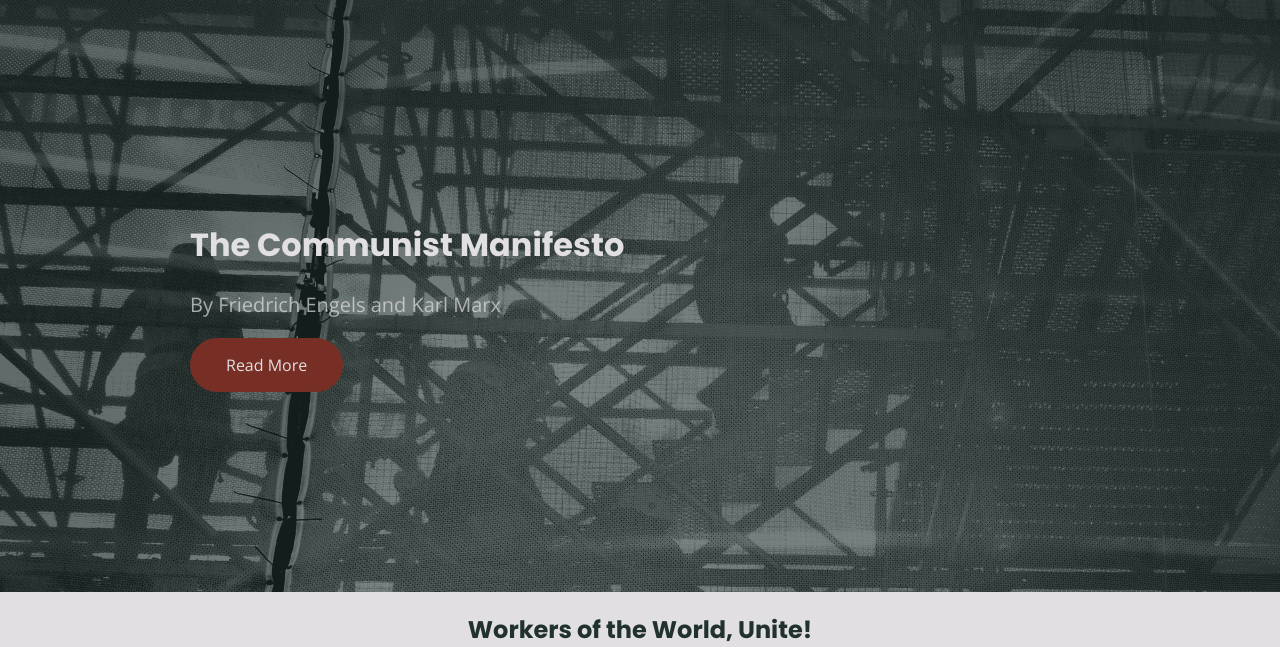
Repository: eaang/landing
Page: index.html
An editor plug-in stored every save of this project. The page is shown before and after the next save, followed by the edit.
The browser window is 1280 px wide. The pictures show the part of the page from y = 0 to 647 px (the page is 1113 px tall).
A picture or video elsewhere on the page could not be fetched, so the positions and the page height are approximate. Some web libraries are served in a nearby version.

Above is the page before, as saved 2020-06-10 16:15:26.

### index.html
<!DOCTYPE html>
<html>
<head>
  <meta charset="UTF-8">
  <title>The Communist Manifesto</title>
  <link rel="shortcut icon" href="data:[embedded picture, 18 characters]" type="image/x-icon">
  <!-- We need this line below for responsiveness! -->
  <meta name="viewport" content="width=device-width, initial-scale=1">
  <link rel="stylesheet" href="css/style.css">
</head>
<body>
  <!-- code a Hero / Banner section -->
  <div class="banner">
    <div class="container">
      <h1>The Communist Manifesto</h1>
      <p>By Friedrich Engels and Karl Marx</p>
      <a class="btn-primary" href="#">Read More</a>
    </div>
  </div>
  <!-- code a "How it works" section -->
  <div class="container">
    <h2 class="text-center">Workers of the World, Unite!</h2>
    <div class="cards">

      <div class="card">
        <img src="images/apply.svg" alt="">
        <h4>Past</h4>
        <p>The history of all hitherto existing society is the history of class struggles.</p>
      </div>

      <div class="card">
        <img src="images/learn.svg" alt="">
        <h4>Present</h4>
        <p>The weapons with which the bourgeoisie felled feudalism to the ground are now turned against the bourgeoisie itself. </p>
      </div>

      <div class="card">
        <img src="images/product.svg" alt="">
        <h4>Future</h4>
        <p>The proletarians have nothing to lose but their chains. They have a world to win.</p>
      </div>

    </div>
  </div>
  <!-- code a footer -->
  <div class="footer">
    <div class="links">
      <a href="#"><i class="fab fa-fw fa-facebook-f"></i></a>
      <a href="#"><i class="fab fa-fw fa-github"></i></a>
      <a href="#"><i class="fab fa-fw fa-twitter"></i></a>
      <a href="#"><i class="fab fa-fw fa-instagram"></i></a>
      <p>The revolution will not be televised. The revolution will be live.</p>

    </div>
  </div>
</body>
</html>

### css/style.css
/* Fonts */
@import url('https://fonts.googleapis.com/css?family=Open+Sans:400,700|Poppins:700');

/* Fontawesome */
@import url('https://use.fontawesome.com/releases/v5.6.3/css/all.css');

/* Utilities */
body {
  margin: 0;
  font-family: Open Sans;
  background-color: #E1DFE1;
  color: #203130;
}

h1, h2, h3, h4 {
  font-family: Poppins;
}

a {
  text-decoration: none;
}

.text-center {
  text-align: center;
}
/* Custom design below! */
.container {
	width: 900px;
	margin: auto;
}

/* Banner design */
.banner:before {
  content: ' ';
  display: block;
  position: absolute;
  left: 0;
  top: 0;
  width: 100%;
  height: 100%;
  z-index: 1;
  opacity: 0.4;
  background-image: url("../images/background.jpg");
  background-repeat: no-repeat;
  background-position: 50% 0;
  -ms-background-size: cover;
  -o-background-size: cover;
  -moz-background-size: cover;
  -webkit-background-size: cover;
  background-size: cover;
}
.banner {
  position: relative;
  background: #203130;
  overflow: hidden;
	padding: 200px 0;
}
.banner h1 {
  position: relative;
  z-index: 2;
	color: #E1DFE1;
}
.banner p {
  position: relative;
  z-index: 2;
	color: #E1DFE1;
	opacity: .7;
	font-size: 20px;
}
.btn-primary {
  position: relative;
  z-index: 2;
	display: inline-block;
	background-color: #772E25;
	padding: 16px 36px;
	border-radius: 50px;
	color: #E1DFE1;
}

/* Cards design */
.cards {
	display: flex;
	justify-content: space-between;
	margin-bottom: 30px;
}
.card {
	width: 200px;
	border-radius: 3px;
	box-shadow: 0 0 5px rgb(40,62,60);
	text-align: center;
	padding: 20px;
	border: 1px solid rgb(40,62,60);
}
.card img {
	height: 100px;
}

After the next save:
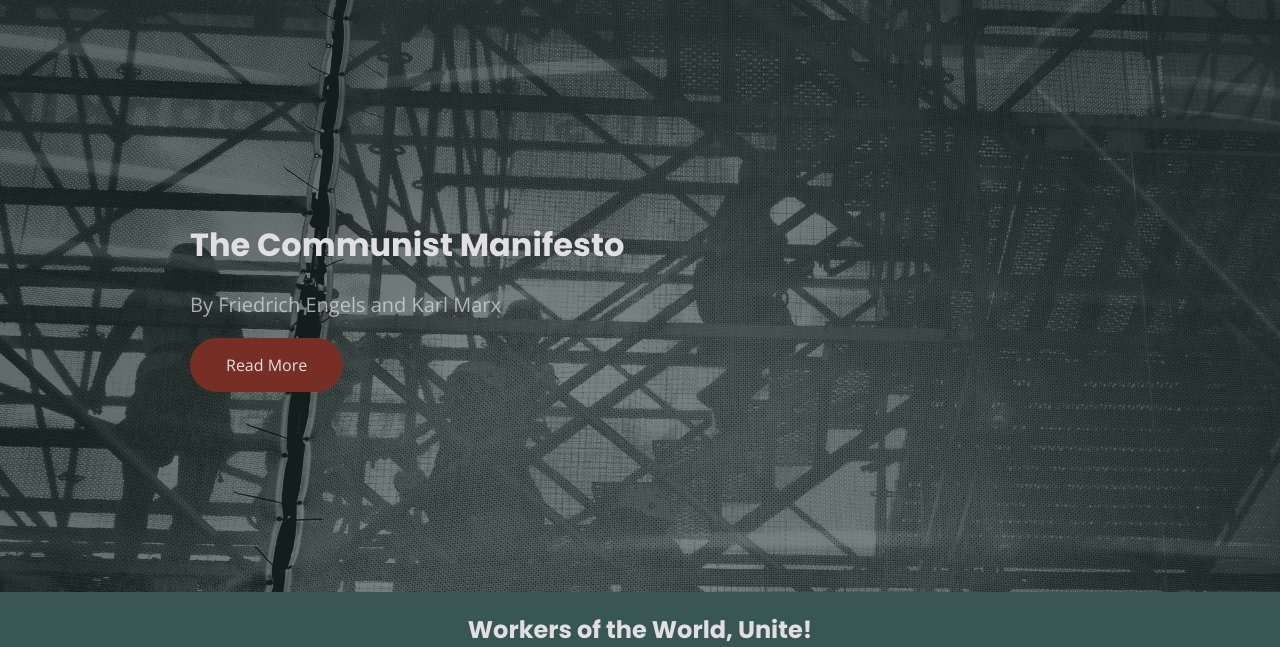
Saved 12 s later.
--- a/css/style.css
+++ b/css/style.css
@@ -8,8 +8,8 @@
 body {
   margin: 0;
   font-family: Open Sans;
-  background-color: #E1DFE1;
-  color: #203130;
+  background-color: #385654;
+  color: #E1DFE1;
 }
 
 h1, h2, h3, h4 {
